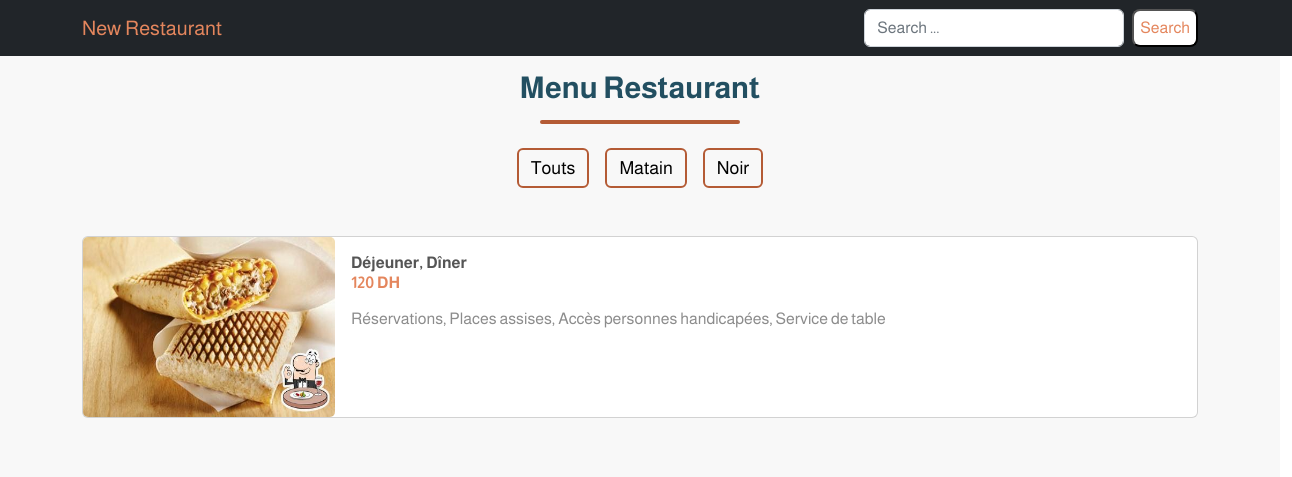
Repository: SD-Mdouka/react-table
Page: /
These files come from the project's save history. The page is drawn as it stood at one moment and after the next save; the edit follows.
The browser window is 1280 px wide. The page is 1292 px wide, so the pictures cover 1292 px, including what lies to the right of the window. The pictures show the whole page.
The project was rebuilt for these pictures with package versions that can differ from the ones it lists, and the page was loaded fresh each time.

Above is the page before, as saved 2022-10-06 17:26:33.

After the next save:
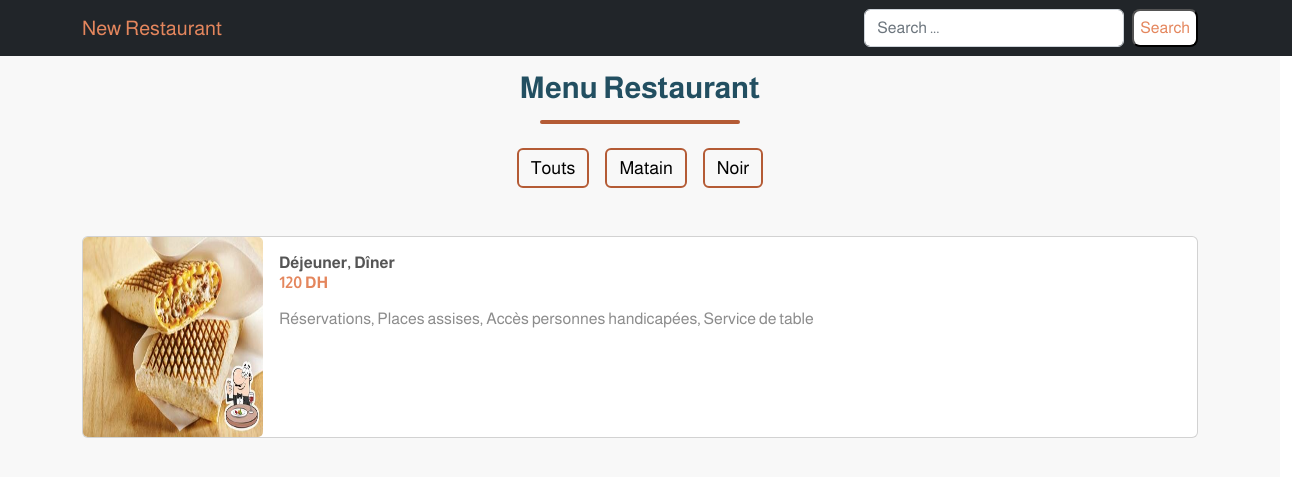
Saved 8 min 46 s later.
--- a/src/App.css
+++ b/src/App.css
@@ -55,8 +55,8 @@
 }
 
 .img-item {
-    height: 180px;
-    width: 252px;
+    height: 200px;
+    width: 180px;
     border-radius: 5px;
 }
 
